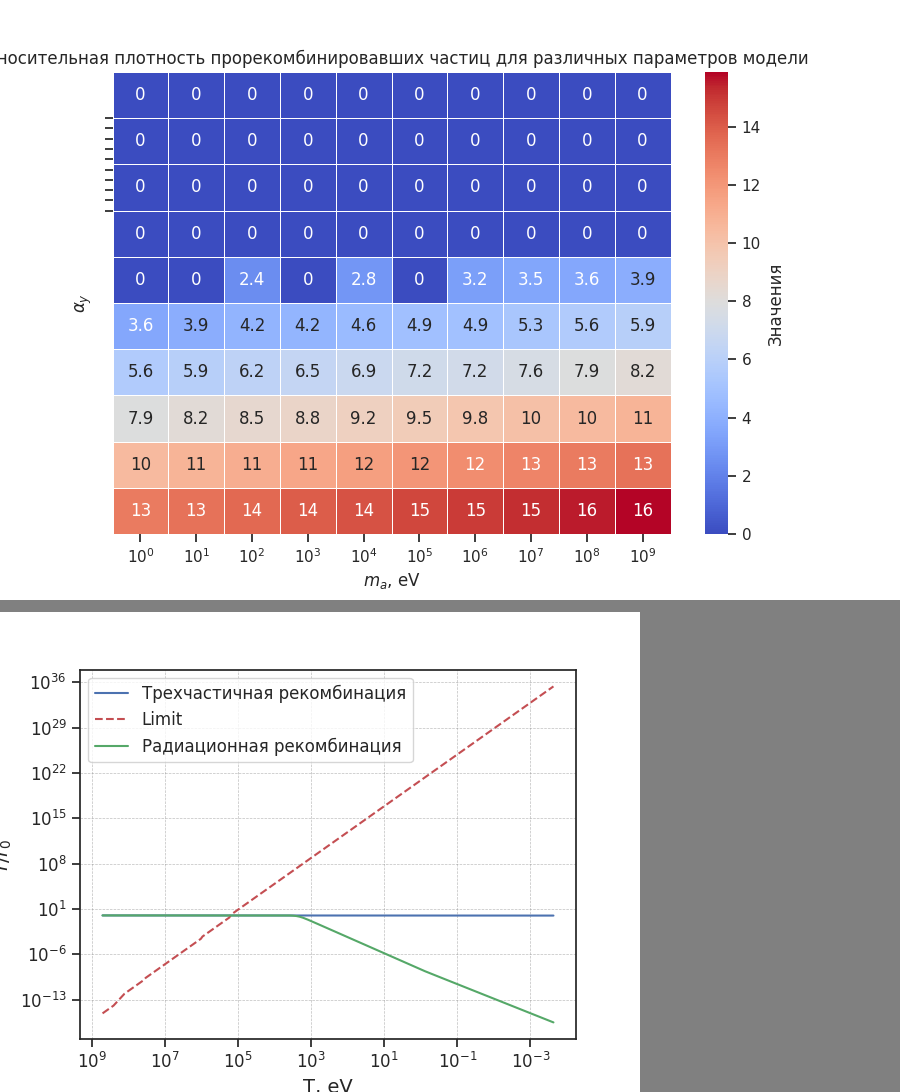
Repository: impermast/recombination
Script's output: python raschet/rec.py
An editor plug-in stored every save of this project. The script's output is shown before and after the next save, followed by the edit.
Each picture stacks the figures in order, with grey between them; figures that are only written to a file come last. Random numbers start from a fixed seed.

Above is the script's output before, as saved 2023-05-13 21:36:45.

### raschet/rec.py

from math import gamma as Gamma
import numpy as np
from numpy import sqrt as sqrt
import matplotlib.pyplot as plt
from matplotlib import colors,ticker
from scipy import integrate
import seaborn as sns
import pandas as pd


#LOGIC -- 1 download data, else generate new
logic = 1
err=10**(-2)
#consts
#E ~ eV
ma = 100*10**9 #ev
mb = 1*10**12 #ev
alpha = 1/10 #none

beta = 14/5
sigma = 8*np.pi*(alpha/ma)**2/3
r0 = 4.7*10**(-13) #r T_rec
T0 = 2.35*10**(-4) #our time
m_pl = 1.22*10**(19+9) #plank mass ev
h_md = 3.08*10**(-14)  #from artile
t_rm = 1.2             #time of rd md transition
t_mod = 4.4*10**(17+16)/(6.582) #
I = ma*alpha*alpha/2 #ev Ionisation potential
mu = ma*mb/(ma+mb)  #reduced weight
s0 = (4*np.pi)**(2/5) *np.pi* (alpha/mu)**2 #coef in kramers
kappa = 43/345
B = alpha*mu/2
Ta = 0.2*10**6*(ma/(100*10**9))**(3/2)*(1/(100*alpha))
Tny = Ta*kappa**(-1/3)/sqrt(np.pi)

def g_s(T):
    return 2+2*8*(T>200*10**6)+ 7/8*(2*2*(T>0.5/3*10**6))+ 2*2*(T>100/3*10**6) + 2*2*(T>2/3*10**9) + 2*1*3*(T>=10**6)+2*1*3*4/11*(T<10**6)+ 2*2*3*2*(T>200*10**6) + 2*2*3*(T>200*10**6) + 2*2*3*(T>1.8/3*10**9) + 2*2*3*(T>4.5/3*10**9)+ 7/8*2*2*3*(T>171/3*10**9)
def g_e(T):
    return 2+2*8*(T>200*10**6)+ 7/8*(2*2*(T>0.5/3*10**6))+ 2*2*(T>100/3*10**6) + 2*2*(T>2/3*10**9) + 2*1*3*(T>=10**6)+ 2*1*3*(4/11)**(4/3)*(T<10**6)+ 2*2*3*2*(T>200*10**6) + 2*2*3*(T>200*10**6) + 2*2*3*(T>1.8/3*10**9) + 2*2*3*(T>4.5/3*10**9)+ 7/8*2*2*3*(T>171/3*10**9)


def H(t):
    # Hubble const on RD and MD from temperature
    if t < t_rm:
        #MD
        return h_md/m_pl**(1/2)
    else:
        return 5.5*np.sqrt(g_e(t_rm)/11)/m_pl


def lim_3b(x):
    """
    Function that calculs limit on 3body recombination density

    x(list):    Temperature of O-fotons

    return list of density of unrecombined particles
    """
    r_pit = (Ta**2/(x**4)) / ((4*np.pi*alpha)**3 *r0*(2*np.pi**2*g_s(x)/45)*sqrt(ma/mb))
    return r_pit

def graph(T,r1,r2,rlim):
    # graphplotter used to plot r(T) graphs
    fig, ax = plt.subplots(1,1)
    ax.plot(T,r1,'b',label ="Трехчастичная рекомбинация")
    ax.plot(T,rlim, "--r",label ="Limit")
    ax.plot(T,r2,'g', label ="Радиационная рекомбинация")
    ax.set_xlabel('T, eV', fontsize=14)
    ax.set_ylabel(r'$r/r_0$', fontsize=14, fontweight='bold')
    ax.tick_params(labelsize=12)
    ax.grid(color='gray', linestyle='--', linewidth=0.5, alpha=0.5)
    ax.legend(fontsize=12)
    ax.invert_xaxis()
    plt.semilogx()
    plt.semilogy()
    plt.show()

def heatplot(df):
    # heatplot of maximal denity for different model parameters
    sns.set_theme(style="dark")
    sns.set_style("ticks")
    fig, ax = plt.subplots(figsize=(9, 6))
    sns.heatmap(df, annot=True, linewidths=.5, ax=ax, cmap='coolwarm', cbar_kws={'label': 'Значения'})
    ax.set(xlabel=r'$m_a$, eV', ylabel=r'$\alpha_y$', title='Относительная плотность прорекомбинировавших частиц для различных параметров модели')
    ax.xaxis.set_major_formatter(ticker.FuncFormatter(lambda x, pos: f'$10^{{{(x-0.5):.0f}}}$'))
    plt.xticks(rotation=0)
    plt.yticks(np.linspace(1,3,10))
    # Add contour lines
    # x = np.arange(df.shape[1])
    # y = np.arange(df.shape[0])
    # X, Y = np.meshgrid(x, y)
    # levels = np.linspace(df.values.min(), df.values.max(), 10)
    # CS = ax.contour(X + 0.5, Y + 0.5, df.values, levels, colors='k')
    # ax.clabel(CS, inline=True, fontsize=10, fmt='%1.1f')
    # plt.show()

def kriteria(alp_range,m_range):
    """
    Creation of dataframe of maximal density of recombined particles from different alpha and ma (model parameters)

    dens(list):  2D massive of density data
    alp_range(list):    1D list of parameters alpha
    m_range(list):      1D list of electron mass parameter
    krit(list):         1D list of density, that used to find point where limit and 3body recombination density are equal

    create csv file of dataframe
    """
    dens = [0]*len(alp_range)
    dens1 = []
    k=0
    for alpha in alp_range:
        for ma in m_range:
            [T,rk,r3,rc,rlim] = calc(alpha,ma,mb)
            krit=[i for i, j in zip(r3, rlim) if abs(i-j)<err and i<0.1]
            try: dens1.append(float(-np.log(krit[-1])))
            except IndexError: dens1.append(0)
        dens[k]=dens1
        dens1=[]
        print("At ",k+1,"  itteration")
        k+=1
    df = pd.DataFrame(dens, index=alp_range,columns=m_range)
    df.to_csv('data.csv')

def calc(alpha,ma,mb):
    """
    Calculates the temperature-dependent rates for various processes.

    Args:
        I (float): Initial temperature of photons.
        T0 (float): Present-day temperature of photons.
        kappa (float): Ratio of photon number density to baryon number density.
        lim_3b (function): Function that calculates the three-body rate limit.
        t_rm (float): Time of radiation-matter equality.
        alpha (float): Fine-structure constant.
        ma (float): Mass of electron.
        mb (float): Mass of baryon.
        beta (float): Power law index.
        g_s (function): Function that calculates the entropy degrees of freedom.
        s0 (float): Present-day entropy density.
        m_pl (float): Planck mass.
        mu (float): Ratio of proton mass to electron mass.

    Returns:
        list: A list containing the temperature-dependent rates for various processes.
    """
    T = [] # Temperature of photons
    z = [] #redshift
    rk = [] # r for kramerz

    #after decouple of dphoton
    i = 0
    T = [(I)]
    z = [T[i]/T0 -1]
    rk = [1] #initial r=1 Kramers case
    r3b = [1] #3body case
    rcl = [1] #classical
    rlim =[lim_3b(T[i])] #pitevski lim

    #until O-photons decouple
    while T[i]>(I/10)*kappa**(-1/3):
        i = i+1
        T = T + [T[i-1]/2]
        rk = rk + [1]
        r3b = r3b+[1]
        rcl = rcl+[1]
        rlim = rlim + [lim_3b(T[i])]
        z.append(T[i]/T0 -1)

    # until RD MD transition
    j = i
    while T[i]>t_rm:
        i=i+1
        T = T + [T[i-1]*0.9]
        z.append(T[i]/T0 -1)
        rk = rk + [(1+4.71*10**8*r0*((np.log(np.sqrt(I*Ta/T[i])))**2-(np.log(np.sqrt(I*Ta/T[j])))**2))**(-1)]
        D = (2*np.pi**2*g_s(T[i])/45)**2 * (4*np.pi*alpha)**5 * (2*np.sqrt(ma)*Ta**(9/2)/mb) / H(T[i])
        r3b = r3b + [(1+ D*2/5*r0*r0*(T[i]**(-5)-I**(-5)))**(-1/2)]

        Dcl = Gamma(2-beta/2)*g_s(T[i])*s0*m_pl*(mu*Ta)**((beta-1)/2)/ ((beta-2)*2**((beta-3)/2)*np.sqrt(45*g_s(T[j])))
        rcl = rcl + [(1+Dcl*r0*(T[i]**(2-beta)-T[j]**(2-beta)))**(-1)]
        rlim = rlim + [lim_3b(T[i])]

    #until now
    j=i
    rk_rm=rk[j]
    r3b_rm = r3b[j]
    while T[i]>T0:
        i=i+1
        T = T + [T[i-1]*0.99]
        z.append(T[i]/T0 -1)
        rk = rk + [rk_rm*(1+1.7*10**9*rk_rm*r0*(T[j]**0.5*(np.log(np.sqrt(I*Ta/T[j]))+2)-T[i]**0.5*(np.log(np.sqrt(I*Ta/T[i]))+2)))**(-1)]
        D = (2*np.pi**2*g_s(T[i])/45)**2 * (4*np.pi*alpha)**5 * (2*np.sqrt(ma)*Ta**(9/2)/mb) / H(T[i])
        r3b = r3b +[r3b_rm*(1+D*r3b_rm*r3b_rm*r0*r0* 4/9 * (T[i]**(-9/2)-T[j]**(-9/2)))**(-1/2)]
        Dcl = Gamma(2-beta/2)*g_s(T[i])*s0*m_pl*(mu*Ta)**((beta-1)/2)/ ((beta-2.5)*2**((beta-3)/2)*np.sqrt(45*g_s(T[j])))/np.sqrt(t_rm)
        rcl = rcl + [rcl[j]*(1+Dcl*rcl[j]*r0*(T[i]**(2.5-beta)-T[j]**(2.5-beta)))**(-1)]
        rlim = rlim + [lim_3b(T[i])]

    return [T,rk,r3b,rcl,rlim]

def main():
    alp_range = np.logspace(-1,3,10)
    m_range = np.logspace(16,21,10)
    if logic == 1:
        try:
            df = pd.read_csv('data.csv')
        except FileNotFoundError:
            print(u'Saved data not found')
            df = kriteria(alp_range,m_range)
    else:
        kriteria(alp_range,m_range)
    df = pd.read_csv('data.csv', index_col=0)
    heatplot(df)
    print(df)

    [T,rk,r3,rcl,rlim] = calc(alpha,ma,mb)
    graph(T,rk,r3,rlim)
main()

After the next save:
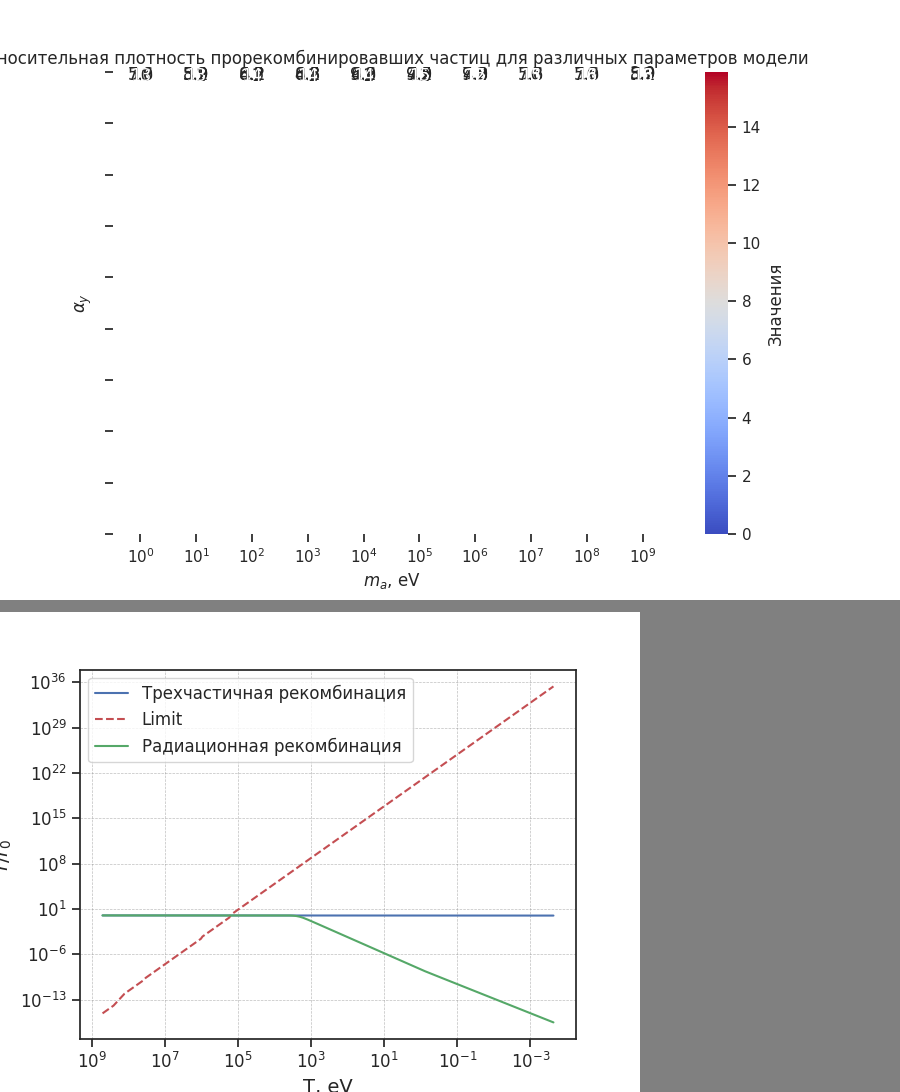
Saved 12 s later.
--- a/raschet/rec.py
+++ b/raschet/rec.py
@@ -85,7 +85,7 @@
     ax.set(xlabel=r'$m_a$, eV', ylabel=r'$\alpha_y$', title='Относительная плотность прорекомбинировавших частиц для различных параметров модели')
     ax.xaxis.set_major_formatter(ticker.FuncFormatter(lambda x, pos: f'$10^{{{(x-0.5):.0f}}}$'))
     plt.xticks(rotation=0)
-    plt.yticks(np.linspace(1,3,10))
+    plt.yticks(np.linspace(0.1,1000,10))
     # Add contour lines
     # x = np.arange(df.shape[1])
     # y = np.arange(df.shape[0])

After the save that followed:
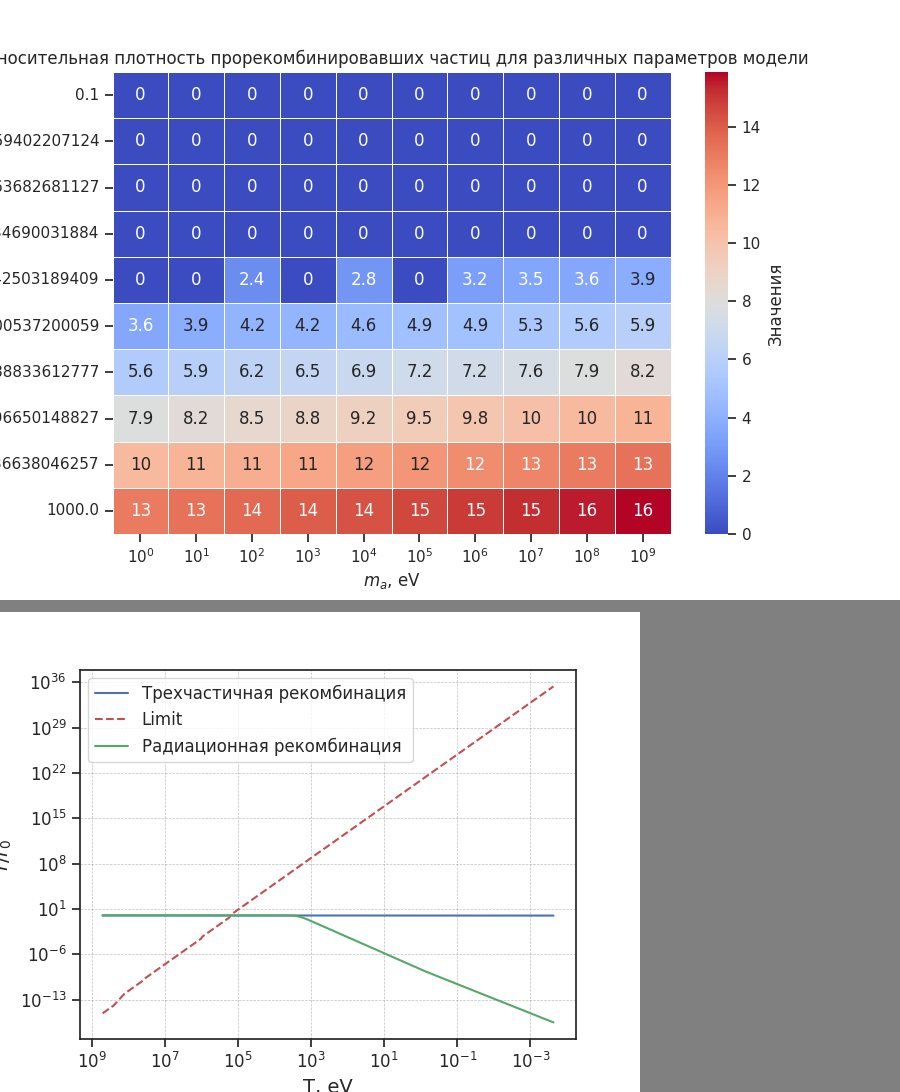
Saved 13 s later.
--- a/raschet/rec.py
+++ b/raschet/rec.py
@@ -85,7 +85,6 @@
     ax.set(xlabel=r'$m_a$, eV', ylabel=r'$\alpha_y$', title='Относительная плотность прорекомбинировавших частиц для различных параметров модели')
     ax.xaxis.set_major_formatter(ticker.FuncFormatter(lambda x, pos: f'$10^{{{(x-0.5):.0f}}}$'))
     plt.xticks(rotation=0)
-    plt.yticks(np.linspace(0.1,1000,10))
     # Add contour lines
     # x = np.arange(df.shape[1])
     # y = np.arange(df.shape[0])
